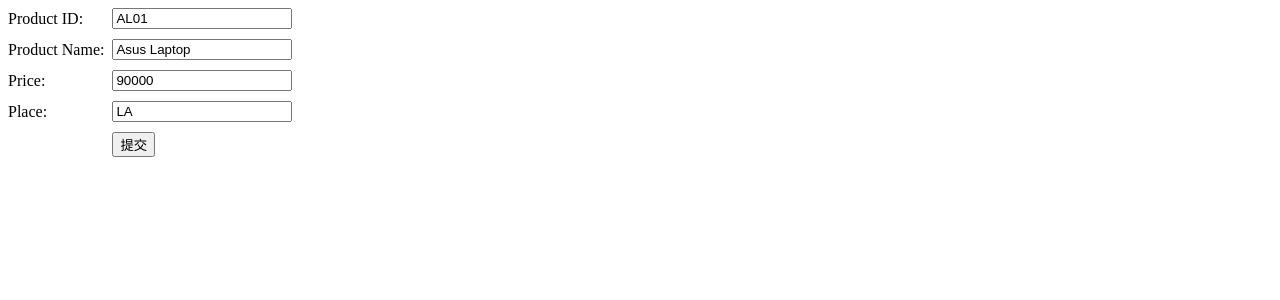
Repository: chofong1999/workspace202607
Page: mvweb0716/src/main/webapp/product.html
These files come from the project's save history. The page is drawn as it stood at one moment and after the next save; the edit follows.
The browser window is 1280 px wide. The pictures show the whole page.

Above is the page before, as saved 2026-07-16 02:51:00.

After the next save:
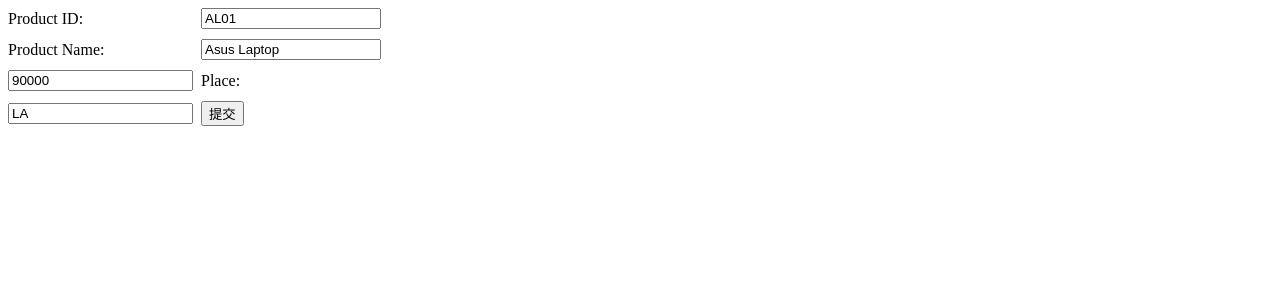
Saved 32 s later.
--- a/mvweb0716/src/main/webapp/product.html
+++ b/mvweb0716/src/main/webapp/product.html
@@ -44,7 +44,7 @@
            name="product_name"
            value="Asus Laptop">
 
-    <label for="price">Price:</label>
+
     <input type="text"
            id="price"
            name="price"

After the save that followed:
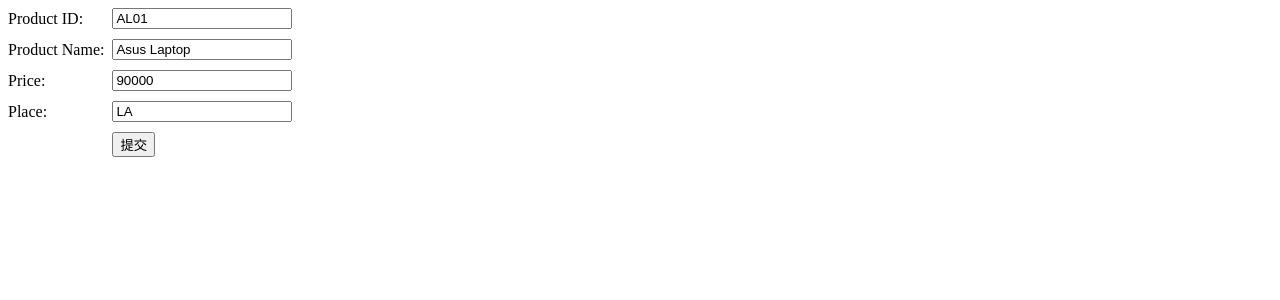
Saved 43 s later.
--- a/mvweb0716/src/main/webapp/product.html
+++ b/mvweb0716/src/main/webapp/product.html
@@ -44,7 +44,7 @@
            name="product_name"
            value="Asus Laptop">
 
-
+    Price:<br>
     <input type="text"
            id="price"
            name="price"
